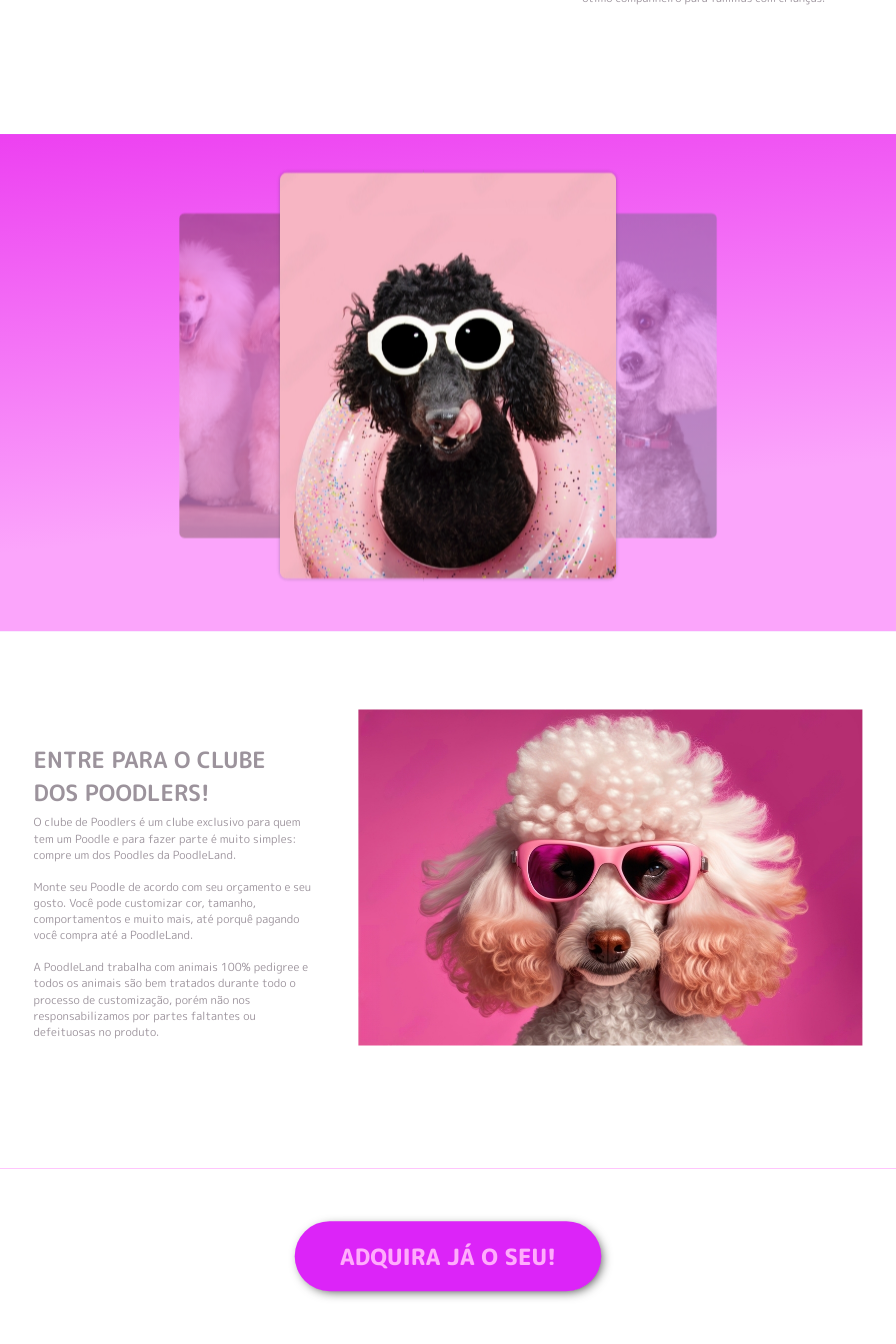
Repository: vinibalt/PoodleLand
Page: poddlelandia.html
These files come from the project's save history. The page is drawn as it stood at one moment and after the next save; the edit follows.
The browser window is 1280 px wide. The pictures show the part of the page from y = 721 to 2641 px (the page is 2641 px tall before and 2640 px after), at 70% of full size.

Above is the page before, as saved 2023-05-12 22:28:16.

After the next save:
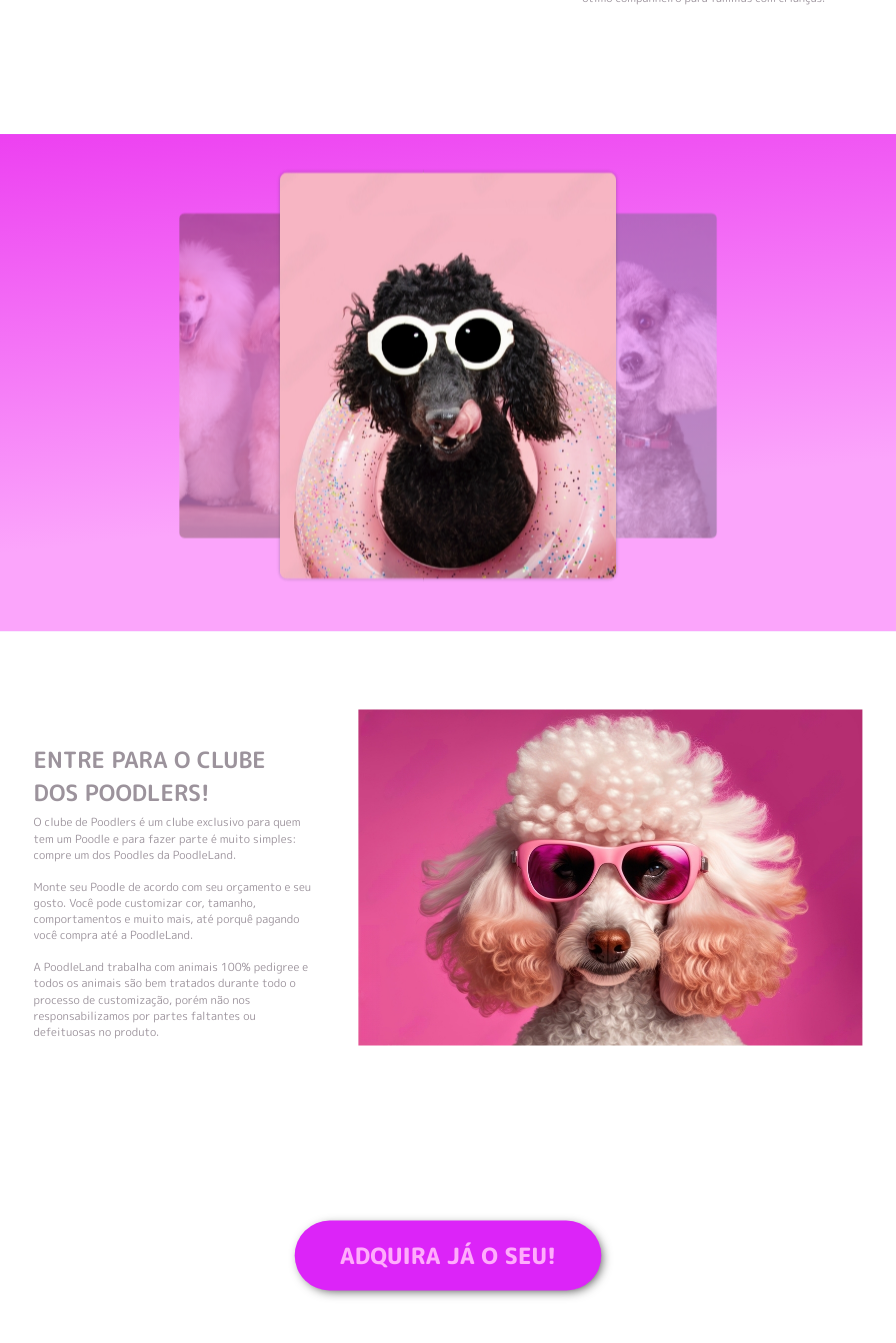
Saved 39 s later.
--- a/assets/css/styles.css
+++ b/assets/css/styles.css
@@ -91,7 +91,7 @@ body {
   align-items: center;
   justify-content: center;
 
-  border-top: 1px outset #FFACFC;
+  /* border-top: 1px outset #FFACFC; */
 
 }
 
